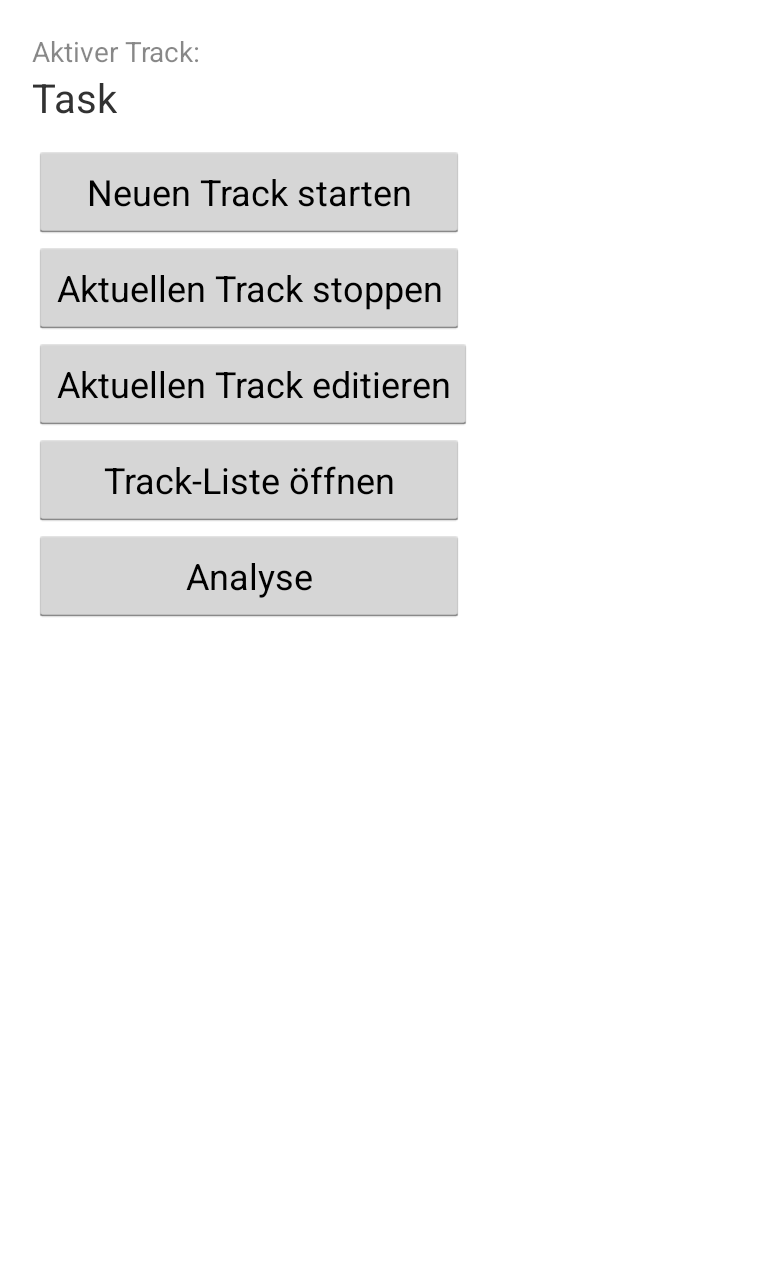
Repository: floriandrs/ttracker
Layout: TTracker/res/layout/activity_main.xml
These files come from the project's save history. The layout is drawn as it stood at one moment and after the next save; the edit follows.
It is drawn on a 768 x 1280 px phone screen (xhdpi) without system bars, with theme AppTheme; the app's code is not run.

Above is the layout before, as saved 2015-02-23 17:10:20.

### TTracker/res/layout/activity_main.xml
<RelativeLayout xmlns:android="http://schemas.android.com/apk/res/android"
    xmlns:tools="http://schemas.android.com/tools"
    android:layout_width="match_parent"
    android:layout_height="match_parent"
    android:paddingBottom="@dimen/activity_vertical_margin"
    android:paddingLeft="@dimen/activity_horizontal_margin"
    android:paddingRight="@dimen/activity_horizontal_margin"
    android:paddingTop="@dimen/activity_vertical_margin"
    tools:context="com.slart.ttracker.activitiy.MainActivity" >

    <TextView
        android:id="@+id/current_track_label"
        style="@style/FormLabel"
        android:layout_marginTop="0dp"
        android:text="@string/current_track_label" />

    <TextView
        android:id="@+id/current_track_value"
        android:layout_width="wrap_content"
        android:layout_height="wrap_content"
        android:layout_below="@id/current_track_label"
        android:layout_marginTop="0dp"
        android:textSize="20dp"
        android:text="@string/track" />

    <Button
        android:id="@+id/main_open_create_new_track"
        android:layout_width="wrap_content"
        android:layout_height="wrap_content"
        android:layout_alignLeft="@+id/current_track_value"
        android:layout_alignRight="@+id/close_current_track"
        android:layout_below="@+id/current_track_value"
        android:layout_marginTop="10dp"
        android:onClick="onOpenCreateNewTrack"
        android:text="@string/open_create_new_track" />

    <Button
        android:id="@+id/close_current_track"
        android:layout_width="wrap_content"
        android:layout_height="wrap_content"
        android:layout_alignLeft="@+id/current_track_value"
        android:layout_below="@+id/main_open_create_new_track"
        android:onClick="onCloseCurrentTrack"
        android:text="@string/close_current_track" />

    <Button
        android:id="@+id/update_current_track"
        android:layout_width="wrap_content"
        android:layout_height="wrap_content"
        android:layout_alignLeft="@+id/current_track_value"
        android:layout_below="@+id/close_current_track"
        android:onClick="onUpdateCurrentTrack"
        android:text="@string/update_current_track" />

    <Button
        android:id="@+id/main_open_view_all"
        android:layout_width="wrap_content"
        android:layout_height="wrap_content"
        android:layout_alignLeft="@+id/current_track_value"
        android:layout_alignRight="@+id/close_current_track"
        android:layout_below="@+id/update_current_track"
        android:onClick="onOpenViewAll"
        android:text="@string/open_view_all" />

    <Button
        android:id="@+id/open_activity_stats"
        android:layout_width="wrap_content"
        android:layout_height="wrap_content"
        android:layout_alignLeft="@+id/current_track_value"
        android:layout_alignRight="@+id/main_open_view_all"
        android:layout_below="@+id/main_open_view_all"
        android:onClick="onOpenActivityStats"
        android:text="@string/open_activity_stats" />

</RelativeLayout>

### TTracker/res/values/styles.xml
<resources>

    <!--
        Base application theme, dependent on API level. This theme is replaced
        by AppBaseTheme from res/values-vXX/styles.xml on newer devices.
    -->
    <style name="AppBaseTheme" parent="android:Theme.Light">
        <!--
            Theme customizations available in newer API levels can go in
            res/values-vXX/styles.xml, while customizations related to
            backward-compatibility can go here.
        -->
    </style>

    <!-- Application theme. -->
    <style name="AppTheme" parent="AppBaseTheme">
        <!-- All customizations that are NOT specific to a particular API-level can go here. -->
    </style>


    <style name="FormWidthHeight">
        <item name="android:layout_width">match_parent</item>
        <item name="android:layout_height">wrap_content</item>
    </style>

    <style name="FormTopMargin" parent="@style/FormWidthHeight">
        <item name="android:layout_marginTop">20dp</item>
    </style>

    <style name="FormLabel" parent="@style/FormTopMargin">
        <item name="android:textColor">#77000000</item>
        <item name="android:textSize">14dp</item>
    </style>

</resources>

### TTracker/res/values/strings.xml
<?xml version="1.0" encoding="utf-8"?>
<resources>

    <string name="app_name">TTracker</string>
    <string name="action_settings">Settings</string>
    <string name="hello_world">Hello world!</string>
    <string name="hello_blank_fragment">Hello blank fragment</string>
    <string name="title_activity_view_all_tracks">ViewAllTracksActivity</string>
    <string name="title_activity_edit_track">Neue Aktivitaet anlegen</string>
    <string name="title_activity_stats">StatsActivity</string>
    <string name="title_activity_stats_simple">StatsSimple</string>
    <string name="title_activity_stats_average">StatsAverageActivity</string>
    <string name="main_open_create_new_track_label">Start new</string>
    <string name="open_view_all">Track-Liste öffnen</string>
    <string name="open_time_filter_stats">Tracks pro Zeitraum</string>
    <string name="open_activity_stats">Analyse</string>
    <string name="open_activity_stats_simple">Summen pro Kategorie</string>
    <string name="open_activity_stats_average">Durchschnitt pro Kategorie</string>
    <string name="open_create_new_track">Neuen Track starten</string>
    <string name="close_current_track">Aktuellen Track stoppen</string>
    <string name="update_current_track">Aktuellen Track editieren</string>
    <string name="current_track_label">Aktiver Track:</string>
    <string name="create">Anlegen</string>
    <string name="update">Aktualisieren</string>
    <string name="location_update">+</string>
    <string name="now">jetzt</string>
    <string name="today">heute</string>
    <string name="empty">-</string>
    <string name="none">Kein aktiver Track</string>
    <string name="location">Position (Lat,Long)</string>
    <string name="comment">Kommentar</string>
    <string name="track">Task</string>
    <string name="from">von</string>
    <string name="to">bis</string>
    <string name="started_new_track">Neuer Track gestartet:</string>
    <string name="updated_track">Track aktualisiert:</string>
    <string name="update_track">Bearbeiten</string>
    <string name="delete_track">Löschen</string>
    <string name="export_track_to_calendar">Export an Kalender</string>
    <string name="view_track_in_map">In Karte ansehen</string>

    <string-array name="tracks_array">
        <item>Programmieren</item>
        <item>Meeting</item>
        <item>Testing</item>
    </string-array>

    <string name="title_activity_edit_categories">EditCategoriesActivity</string>
    <string name="title_activity_edit_category">EditCategoryActivity</string>

</resources>

Loaded but not shown: TTracker/res/values-v11/styles.xml (common file); TTracker/res/values-v14/styles.xml (common file); TTracker/res/values/dimens.xml (common file); TTracker/res/values-w820dp/dimens.xml (common file)

After the next save:
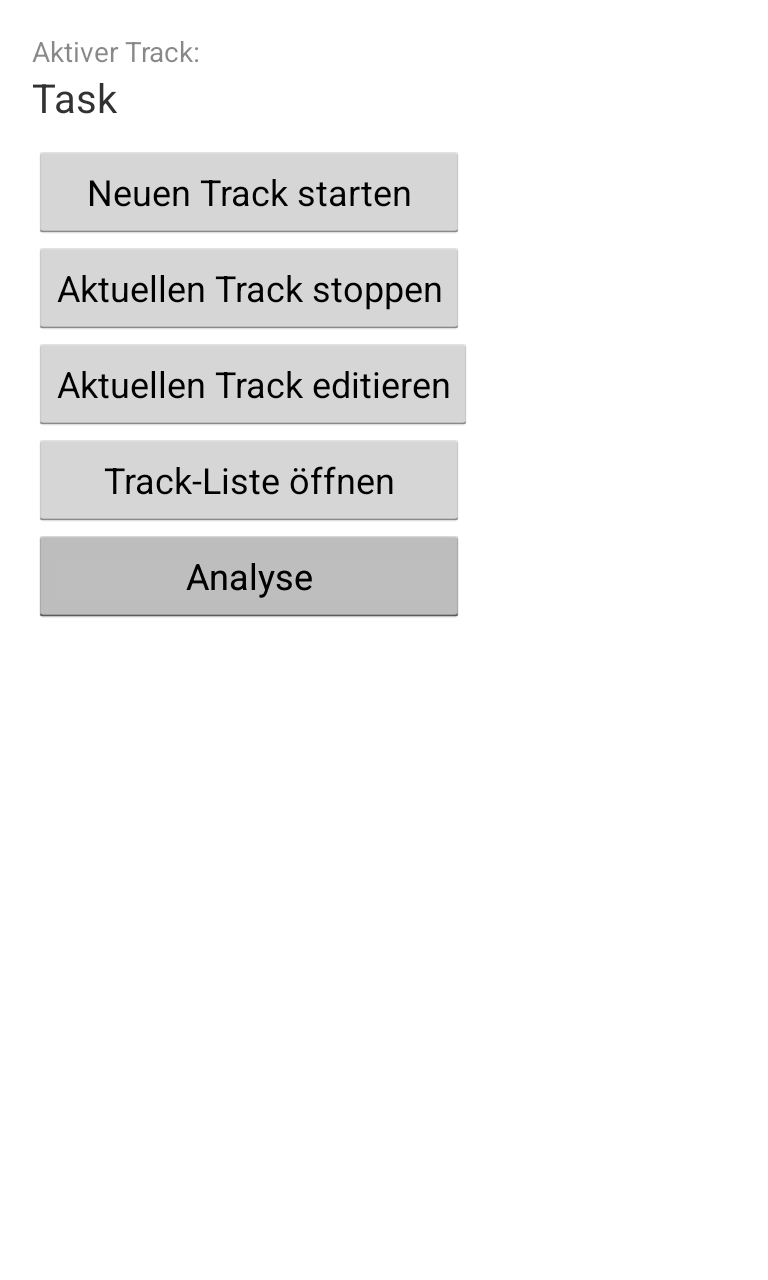
Saved 5 min 58 s later.
--- a/TTracker/res/layout/activity_main.xml
+++ b/TTracker/res/layout/activity_main.xml
@@ -72,4 +72,14 @@
         android:onClick="onOpenActivityStats"
         android:text="@string/open_activity_stats" />
 
+    <Button
+        android:id="@+id/open_activity_view_all_categories"
+        android:layout_width="wrap_content"
+        android:layout_height="wrap_content"
+        android:layout_alignLeft="@+id/current_track_value"
+        android:layout_alignRight="@+id/main_open_view_all"
+        android:layout_below="@+id/main_open_view_all"
+        android:onClick="onOpenActivityStats"
+        android:text="@string/open_activity_stats" />
+
 </RelativeLayout>
